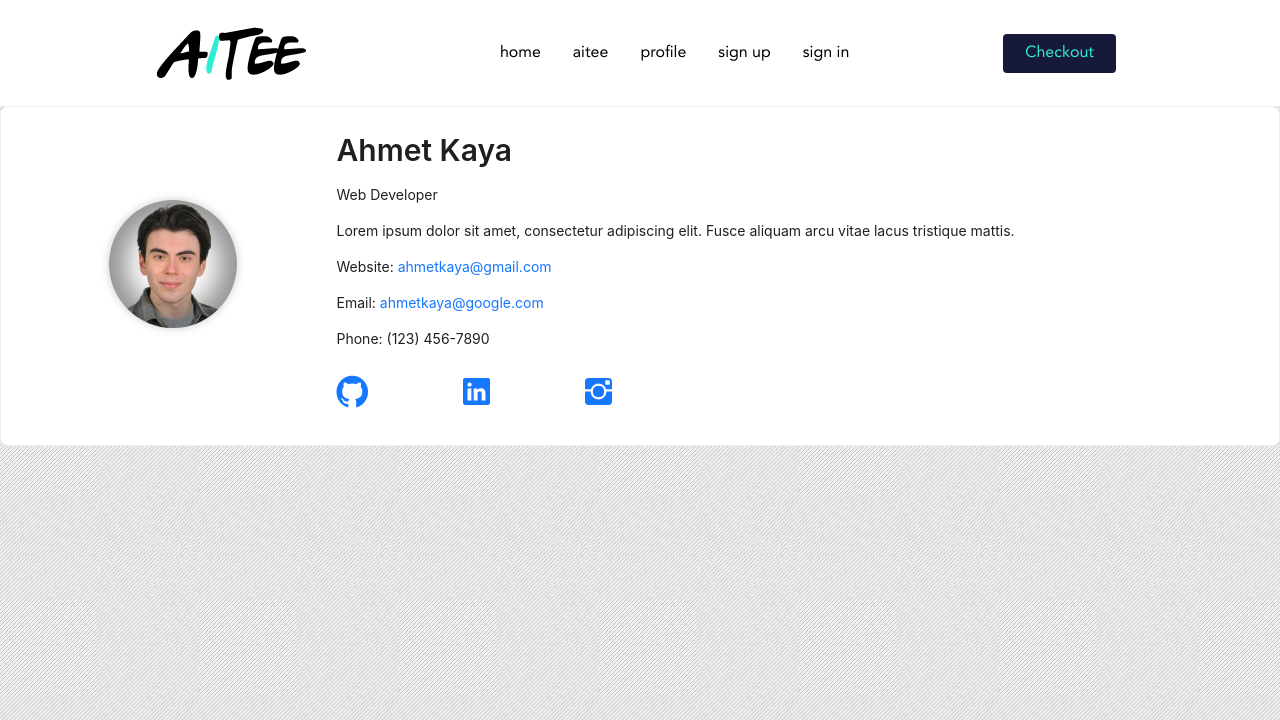
Repository: berkerugras/AITEE-FE
Page: /profile
An editor plug-in stored every save of this project. The page is shown before and after the next save, followed by the edit.
The browser window is 1280 px wide. The pictures show the whole page.
The project was rebuilt for these pictures with package versions that can differ from the ones it lists, and the page was loaded fresh each time. Also part of the build but not shown: src/components/background.js, src/3dmodel/Tees.js, src/pages/aitee.js, src/3dmodel/Tee.js, src/pages/home.js, src/pages/buttonTest.js, src/pages/cart.js, src/pages/signup.js and 1 more.

Above is the page before, as saved 2023-03-19 12:05:14.

### src/index.js
import React from 'react';
import ReactDOM from 'react-dom/client';
import styled from "styled-components";
import Background from "./components/background";
import { BrowserRouter, Route, Routes } from 'react-router-dom';
import Aitee from './pages/aitee';
import Home from './pages/home';
import ButtonTest from './pages/buttonTest';
import Navbar from './components/navbar/NavbarTop';
import './styles/style.css';
import ProfilePage from './pages/profilePage';
import CartPage from './pages/cart';
import SignupPage from './pages/signup';
import SignInPage from './pages/signin';
export default function App() {
  return (
    <>
      <Navbar></Navbar>
      <BrowserRouter>
        <Routes>
          <Route path="/aitee" element={<Aitee />}>
            <Route index element={<Aitee />} />
          </Route>
          <Route path="/" element={<Home />}>
            <Route index element={<Home />} />
          </Route>
          <Route path="/buttontest" element={<ButtonTest />}>
            <Route index element={<ButtonTest />} />
          </Route>
          <Route path="/profile" element={<ProfilePage />}>
            <Route index element={<ProfilePage />} />
          </Route>
          <Route path="/cart" element={<CartPage />}>
            <Route index element={<CartPage />} />
          </Route>
          <Route path="/signup" element={<SignupPage />}>
            <Route index element={<SignupPage />} />
          </Route>
          <Route path="/signin" element={<SignInPage />}>
            <Route index element={<SignInPage />} />
          </Route>
        </Routes>
      </BrowserRouter>
    </>
  );
}

const root = ReactDOM.createRoot(document.getElementById('root'));
root.render(<App />);



// const root = ReactDOM.createRoot(document.getElementById('root'));
// root.render(
//   <React.StrictMode>
//     <App />
//   </React.StrictMode>
// );

// If you want to start measuring performance in your app, pass a function
// to log results (for example: reportWebVitals(console.log))
// or send to an analytics endpoint. Learn more: https://bit.ly/CRA-vitals
//reportWebVitals();

### src/components/navbar/NavbarTop.js
import React from "react";
import './navbar.css';

const Navbar = () => {
    return (
        <>
            <div class="Nav">
                <div class="NavLink">
                    <img src={require('../../images/logos/logo1.png')} alt="" />
                </div>

                <div class="Bars" />
                <div class="NavMenu">
                    <a class="NavLink" href='/'>home</a>
                    <a class="NavLink" href='/aitee'>aitee</a>
                    <a class="NavLink" href='/profile'>profile</a>
                    <a class="NavLink" href='/signup'>sign up</a>
                    <a class='NavLink' href='/signin'>sign in</a>
                </div>

                <div class="NavButton">
                    <a class='NavButtonLink' href='/cart'>Checkout</a>
                </div>
            </div>
        </>
    );

}

export default Navbar

### src/styles/style.css
@import url(https://fonts.googleapis.com/css?family=Lato);
@import url(https://fonts.googleapis.com/css?family=Oswald);
@import url(https://code.ionicframework.com/ionicons/2.0.1/css/ionicons.min.css);

@font-face {
    font-family: MainFont;
    src: url(../../public/AvenirLTPro-Roman.ttf);
}

* {
    margin: 0;
}

body {
    background-image: url('../images/bg.jfif');
    background-repeat: repeat !important;
    ;
}

.about-container {
    width: 80rem;
    height: 100%;
    margin: 2rem;
    padding: 2rem;
    background-color: #ffffff;
    border: 2px solid #2fedd4;
    color: #6e6e73;
    font-family: 'MainFont';
    text-align: center
}

.about-card {
    font-family: 'Lato', Arial, sans-serif;
    position: relative;
    display: inline-block;
    overflow: hidden;
    margin: 10px;
    min-width: 250px;
    max-width: 310px;
    height: 300px;
    width: 100%;
    background-color: #ffffff;
    color: #2B2B2B;
    text-align: center;
    font-size: 16px;
    box-shadow: 0 0 5px rgba(0, 0, 0, 0.15);
}

.about-card * {
    -webkit-box-sizing: border-box;
    box-sizing: border-box;
}

.about-card .profile-image {
    padding: 15% 10% 0;
}

.about-card .profile-image img {
    max-width: 100%;
    vertical-align: top;
    position: relative;
    border-radius: 50%;
    max-width: 40%;
}

.about-card figcaption {
    padding: 5% 10% 15%;
}

.about-card h3 {
    font-family: 'Oswald';
    text-transform: uppercase;
    font-size: 20px;
    font-weight: 400;
    line-height: 24px;
    margin: 3px 0;
}

.about-card h5 {
    font-weight: 400;
    margin: 0;
    text-transform: uppercase;
    color: #888;
    letter-spacing: 1px;
}

.about-card .icons i {
    color: #999;
    display: inline-block;
    margin-right: 5px;
    font-size: 1.5em;
}

.about-card .icons i:hover {
    color: #555;
}

.about-card .icons i a {
    text-decoration: none;
}
.profile-image-container {
    width: 128px;
    height: 128px;
    border-radius: 50%;
    overflow: hidden;
    box-shadow: 0px 0px 10px rgba(0, 0, 0, 0.2);
  }

  .profile-image-container img {
    width: 100%;
    height: 100%;
    object-fit: cover;
  }
  .signup-page {
    display: flex;
    justify-content: center;
    align-items: center;
    height: 100vh;
  }

  .signup-card {
    width: 400px;
    border-radius: 8px;
    box-shadow: 0px 4px 12px rgba(0, 0, 0, 0.1);
  }

  .signup-card .ant-card-head-title {
    font-size: 24px;
    font-weight: bold;
  }

  .signup-card .ant-form-item-label {
    font-size: 18px;
  }

  .signup-card .ant-input,
  .signup-card .ant-input-password {
    font-size: 18px;
  }

  .signup-card .ant-form-item-control {
    margin-bottom: 24px;
  }

  .signup-card .ant-btn {
    width: 100%;
    font-size: 18px;
  }

### src/pages/profilePage.js
import React from 'react';
import { Avatar, Card, Col, Divider, Grid, Row, Typography } from 'antd';
import { GithubOutlined, LinkedinOutlined, InstagramOutlined } from '@ant-design/icons';

const { Title, Paragraph } = Typography;
const { useBreakpoint } = Grid;

const ProfilePage = () => {
  const screens = useBreakpoint();
  const isSmallScreen = screens.xs || screens.sm;
  const gridLayout = isSmallScreen ? { span: 24 } : { span: 12, offset: 2 };

  return (
    <div>
      <Card style={{ width: '100%' }}>
        <Row gutter={[16, 16]} align="middle">
          <Col span={6}>
            <div style={{ display: 'flex', justifyContent: 'center', marginBottom: '24px' }}>
              <div className="profile-image-container">
                <img src="ege.jfif" alt="profile" />
              </div>
            </div>
          </Col>
          <Col span={18}>
            <Title level={2}>Ahmet Kaya</Title>
            <Paragraph>Web Developer</Paragraph>
            <Paragraph>
              Lorem ipsum dolor sit amet, consectetur adipiscing elit. Fusce aliquam arcu vitae lacus tristique mattis.
            </Paragraph>
            <Paragraph>Website: <a href="ahmetkaya@gmail.com">ahmetkaya@gmail.com</a></Paragraph>
            <Paragraph>Email: <a href="mailto:ahmetkaya@google.com">ahmetkaya@google.com</a></Paragraph>
            <Paragraph>Phone: (123) 456-7890</Paragraph>
            <div className="icons" style={{display:"flex",
                                          justifyContent:"space-between",
                                          width:"30%"}}>
              <a href="https://github.com/egesevinc/"><i className="ion-social-github" style={{ fontSize: '36px' }}></i></a>
              <a href="https://www.linkedin.com/in/egesevincc"><i className="ion-social-linkedin" style={{ fontSize: '36px' }}></i></a>
              <a href="https://www.instagram.com/egessevinc/"><i className="ion-social-instagram" style={{ fontSize: '36px' }}></i></a>
            </div>
          </Col>
        </Row>
      </Card>
    </div>
  );
};

export default ProfilePage;

### src/components/navbar/navbar.css
@font-face {
    font-family: NavFont;
    src: url(../../../public/AvenirLTPro-Roman.ttf);
}

.Nav {
    background: rgb(255, 255, 255);
    height: 90px;
    display: flex;
    justify-content: space-between;
    padding: 0.5rem calc((100vw - 1000px) / 2);
    z-index: 10;
    border-bottom: 1px #000000;
}

.NavLink {
    color: #000000;
    font-family: 'NavFont';
    display: flex;
    align-items: center;
    text-decoration: none;
    padding: 0 1rem;
    height: 100%;
    cursor: pointer;
}

.NavLink:active {
    color: #558fca;
}



.Bars {
    display: none;
    color: #fff;

    @media screen and (max-width: 768px) {
        display: block;
        position: absolute;
        top: 0;
        right: 0;
        transform: translate(-100%, 75%);
        font-size: 1.8rem;
        cursor: pointer;
    }
}

.NavMenu {
    display: flex;
    align-items: center;
    margin-right: -24px;

    @media screen and (max-width: 768px) {
        display: none;
    }
}


.NavButton {
    display: flex;
    align-items: center;
    margin-right: 24px;

    @media screen and (max-width: 768px) {
        display: none;
    }

}


.NavButtonLink {
    border-radius: 4px;
    background: #16193a;
    font-family: 'NavFont';
    padding: 10px 22px;
    color: #2fedd4;
    border: none;
    outline: none;
    cursor: pointer;
    transition: all 0.2s ease-in-out;
    text-decoration: none;
}


.NavButtonLink:hover {
    transition: all 0.3s ease-in-out;
    background: rgb(182, 182, 182);
    color: #010606;
}

Loaded but not shown: public/index.html (common file)

After the next save:
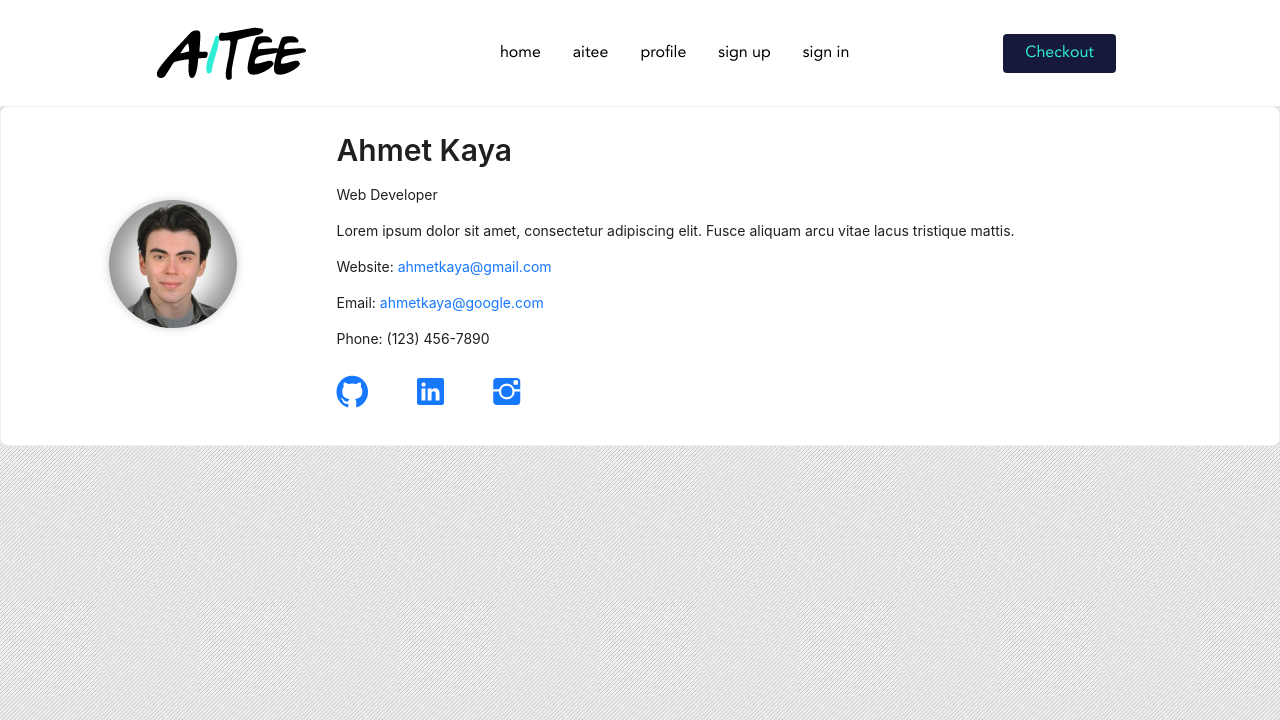
Saved 2 min 25 s later.
--- a/src/pages/profilePage.js
+++ b/src/pages/profilePage.js
@@ -32,7 +32,7 @@ const ProfilePage = () => {
             <Paragraph>Phone: (123) 456-7890</Paragraph>
             <div className="icons" style={{display:"flex",
                                           justifyContent:"space-between",
-                                          width:"30%"}}>
+                                          width:"20%"}}>
               <a href="https://github.com/egesevinc/"><i className="ion-social-github" style={{ fontSize: '36px' }}></i></a>
               <a href="https://www.linkedin.com/in/egesevincc"><i className="ion-social-linkedin" style={{ fontSize: '36px' }}></i></a>
               <a href="https://www.instagram.com/egessevinc/"><i className="ion-social-instagram" style={{ fontSize: '36px' }}></i></a>
